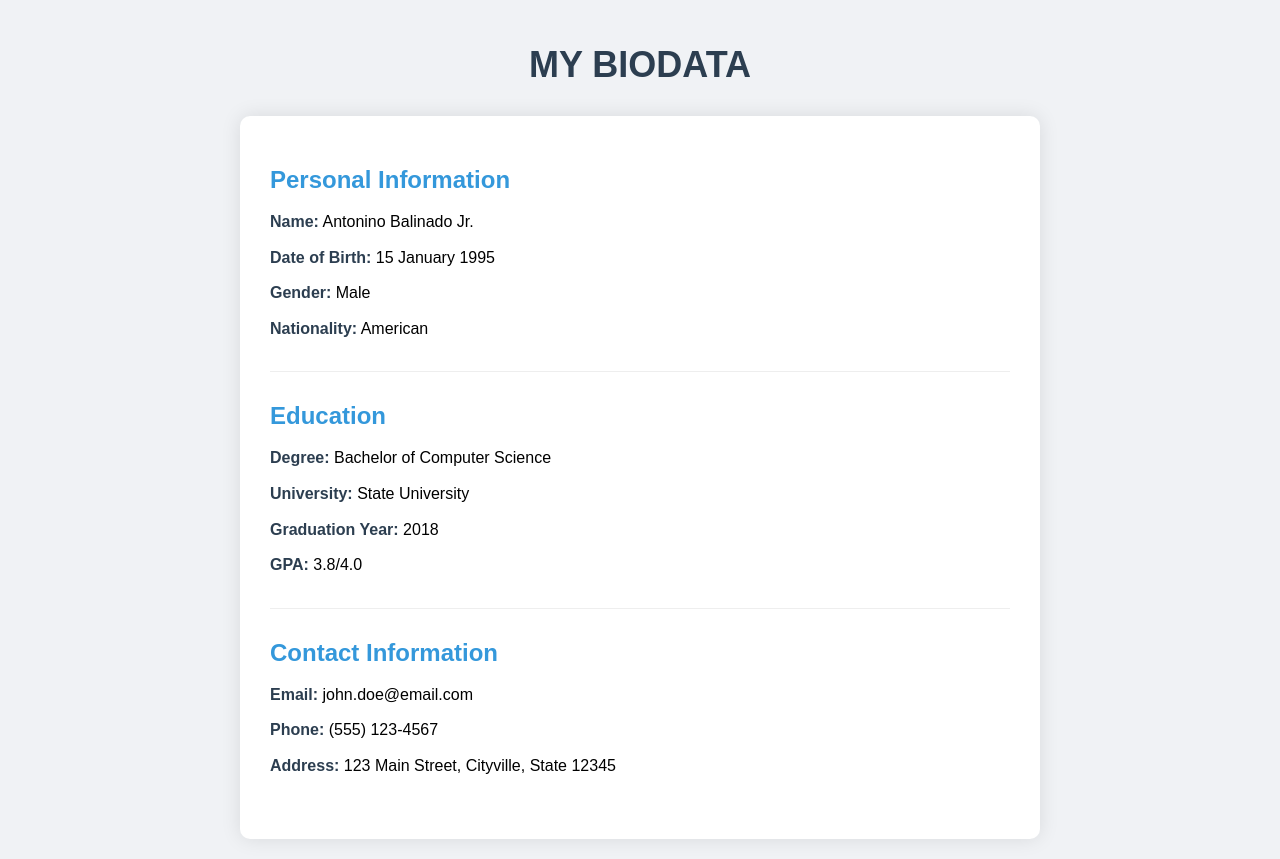
Repository: nino-pixel/github-uploading
Page: biodata.html
These files come from the project's save history. The page is drawn as it stood at one moment and after the next save; the edit follows.
The browser window is 1280 px wide. The pictures show the whole page.

Above is the page before, as saved 2025-02-05 15:37:09.

After the next save:
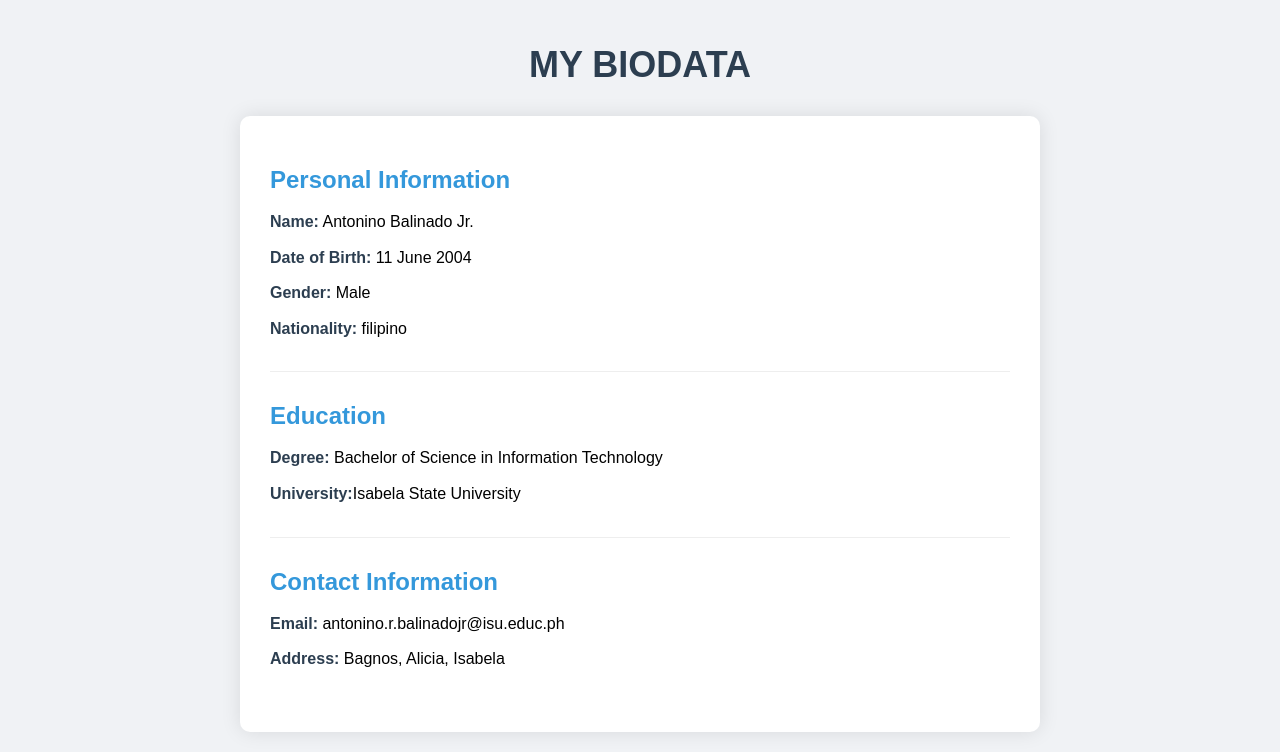
Saved 2 min 0 s later.
--- a/biodata.html
+++ b/biodata.html
@@ -11,24 +11,21 @@
             <div class="section">
                 <h2>Personal Information</h2>
                 <p><strong>Name:</strong> Antonino Balinado Jr.</p>
-                <p><strong>Date of Birth:</strong> 15 January 1995</p>
+                <p><strong>Date of Birth:</strong> 11 June 2004</p>
                 <p><strong>Gender:</strong> Male</p>
-                <p><strong>Nationality:</strong> American</p>
+                <p><strong>Nationality:</strong> filipino</p>
             </div>
 
             <div class="section">
                 <h2>Education</h2>
-                <p><strong>Degree:</strong> Bachelor of Computer Science</p>
-                <p><strong>University:</strong> State University</p>
-                <p><strong>Graduation Year:</strong> 2018</p>
-                <p><strong>GPA:</strong> 3.8/4.0</p>
+                <p><strong>Degree:</strong> Bachelor of Science in Information Technology</p>
+                <p><strong>University:</strong>Isabela State University</p>
             </div>
 
             <div class="section">
                 <h2>Contact Information</h2>
-                <p><strong>Email:</strong> john.doe@email.com</p>
-                <p><strong>Phone:</strong> (555) 123-4567</p>
-                <p><strong>Address:</strong> 123 Main Street, Cityville, State 12345</p>
+                <p><strong>Email:</strong> antonino.r.balinadojr@isu.educ.ph</p>
+                <p><strong>Address:</strong> Bagnos, Alicia, Isabela</p>
             </div>
         </div>
     </div>
